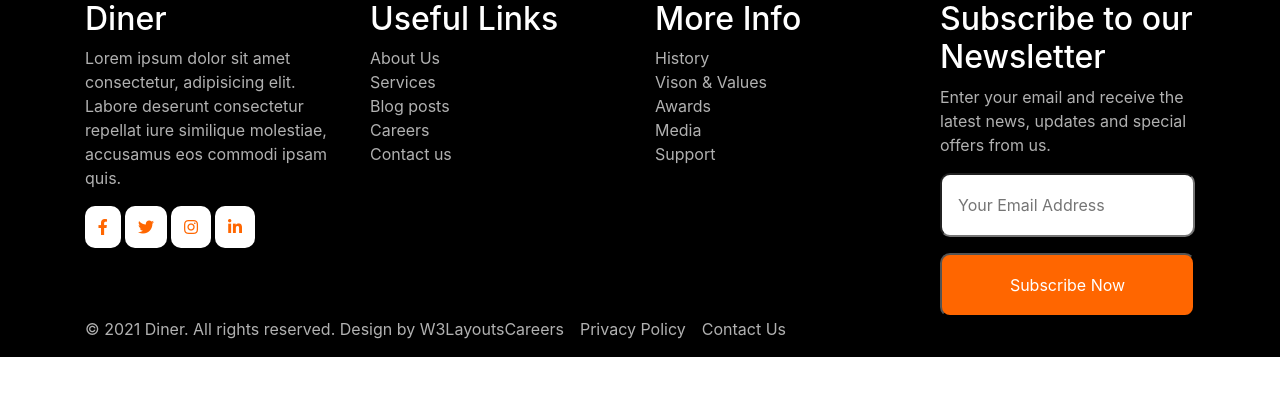
Repository: ngoctinvo/diner_project_cybersoft
Page: index.html
These files come from the project's save history. The page is drawn as it stood at one moment and after the next save; the edit follows.
The browser window is 1280 px wide. The pictures show the whole page.
Some web libraries are served in a nearby version. The style sheet was rebuilt from its Sass, Less or Tailwind sources for each picture, by a compiler version that may differ from the author's.

Above is the page before, as saved 2022-04-16 15:38:17.
Not found: js/index.js

### index.html
<!DOCTYPE html>
<html lang="en">

<head>
    <meta charset="UTF-8">
    <meta http-equiv="X-UA-Compatible" content="IE=edge">
    <meta name="viewport" content="width=device-width, initial-scale=1.0">
    <title>Document</title>
    <link rel="stylesheet" href="https://cdnjs.cloudflare.com/ajax/libs/font-awesome/6.1.1/css/all.min.css" />
    <link rel="stylesheet" href="https://cdnjs.cloudflare.com/ajax/libs/aos/2.3.4/aos.css" />
    <link rel="stylesheet" href="https://cdnjs.cloudflare.com/ajax/libs/animate.css/4.1.1/animate.min.css" />
    <link rel="stylesheet" href="https://cdnjs.cloudflare.com/ajax/libs/slick-carousel/1.8.1/slick.min.css" />
    <link rel="stylesheet" href="https://cdnjs.cloudflare.com/ajax/libs/slick-carousel/1.8.1/slick-theme.min.css" />
    <link rel="stylesheet" href="https://cdn.jsdelivr.net/npm/bootstrap@4.6.0/dist/css/bootstrap.min.css" />
    <link rel="stylesheet" href="https://cdnjs.cloudflare.com/ajax/libs/font-awesome/5.15.4/css/all.min.css" />
    <link rel="stylesheet" href="./css/index.css">
</head>

<body>
    <header></header>
    <footer class="footer">
        <div class="container">
            <div class="infor">
                <div class="row">
                    <div class="col-lg-3 col-md-6 col-sm-12">
                        <div class="item diner">
                            <h2>Diner</h2>
                            <p>Lorem ipsum dolor sit amet consectetur, adipisicing elit. Labore deserunt consectetur repellat iure similique molestiae, accusamus eos commodi ipsam quis.</p>
                            <div class="icon">
                                <i class="fab fa-facebook-f"></i>
                                <i class="fab fa-twitter"></i>
                                <i class="fab fa-instagram"></i>
                                <i class="fab fa-linkedin-in"></i>
                            </div>
                        </div>
                    </div>

                    <div class="col-lg-3 col-md-6 col-sm-12">
                        <div class="item userful-links">
                            <h2>Useful Links</h2>
                            <div class="list">
                                <a href="#">About Us</a>
                                <a href="#">Services</a>
                                <a href="#">Blog posts</a>
                                <a href="#">Careers</a>
                                <a href="#">Contact us</a>
                            </div>


                        </div>
                    </div>
                    <div class="col-lg-3 col-md-6 col-sm-12">
                        <div class="item more-info">
                            <h2>More Info</h2>
                            <div class="list">
                                <a href="#">History</a>
                                <a href="#">Vison & Values</a>
                                <a href="#">Awards</a>
                                <a href="#">Media</a>
                                <a href="#">Support</a>
                            </div>

                        </div>
                    </div>
                    <div class="col-lg-3 col-md-6 col-sm-12">
                        <div class="item subscribe">
                            <h2>Subscribe to our Newsletter</h2>
                            <p>Enter your email and receive the latest news, updates and special offers from us.</p>
                            <input type="text" placeholder="Your Email Address">
                            <button>Subscribe Now</button>
                        </div>
                    </div>
                </div>
            </div>
            <div class="copyright">
                <div class="right">
                    <p>&copy; 2021 Diner. All rights reserved. Design by W3Layouts</p>
                </div>
                <div class="nav">
                    <ul>
                        <li><a href="#">Careers</a></li>
                        <li><a href="#">Privacy Policy</a></li>
                        <li><a href="#">Contact Us</a></li>
                    </ul>
                </div>
            </div>
        </div>
    </footer>
    <script src="https://code.jquery.com/jquery-3.6.0.min.js"></script>
    <script src="https://cdnjs.cloudflare.com/ajax/libs/aos/2.3.4/aos.js"></script>
    <script type="text/javascript" src="//cdn.jsdelivr.net/npm/slick-carousel@1.8.1/slick/slick.min.js"></script>
    <script src="https://cdnjs.cloudflare.com/ajax/libs/popper.js/1.14.7/umd/popper.min.js"></script>
    <script src="https://stackpath.bootstrapcdn.com/bootstrap/4.3.1/js/bootstrap.min.js"></script>
    <script src="./js/index.js"></script>
</body>

</html>

### sass/index.scss
* {
    margin: 0;
    padding: 0;
    box-sizing: border-box;
}

.footer {
    background-color: black;
    color: rgb(177, 177, 177);
    a {
        color: rgb(177, 177, 177);
    }
    a:hover {
        color: #ff6600;
        text-decoration: none;
    }
    .infor {
        h2 {
            color: white;
        }
        .icon i {
            padding: 0.8rem;
            color: #ff6600;
            border-radius: 10px;
            background-color: white;
            font-size: 1rem;
        }
        .list {
            display: flex;
            flex-direction: column;
        }
        .subscribe input {
            width: 100%;
            height: 4rem;
            border-radius: 10px;
            margin-bottom: 1rem;
            padding-left: 1rem;
        }
        .subscribe button {
            width: 100%;
            height: 4rem;
            border-radius: 10px;
            background-color: #ff6600;
            color: white;
        }
    }
    .copyright {
        display: flex;
        flex-direction: row;
        flex-wrap: wrap;
    }
    .copyright .nav ul {
        display: flex;
        flex-direction: row;
        li {
            margin-right: 1rem;
            list-style-type: none;
        }
    }
}


/*# sourceMappingURL=index.css.map */

After the next save:
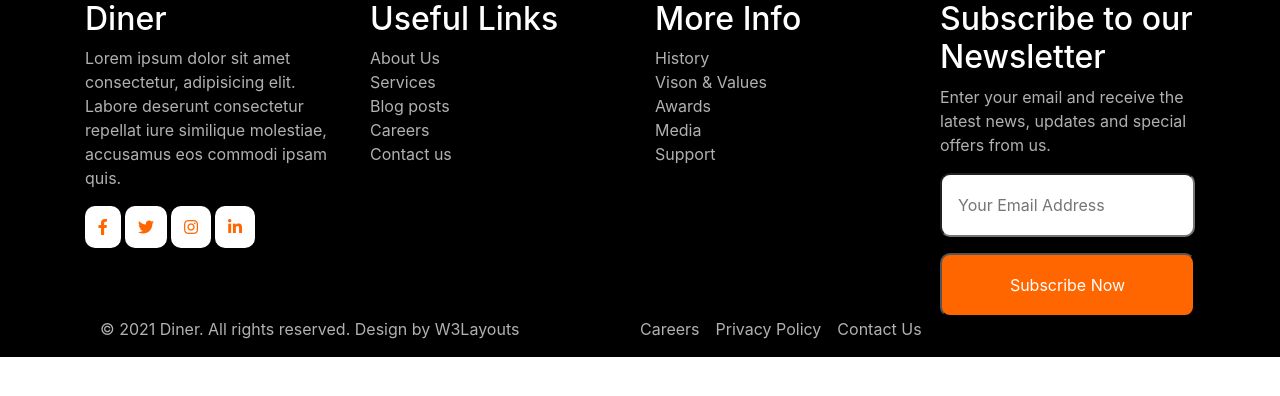
Saved 32 s later.
--- a/index.html
+++ b/index.html
@@ -73,10 +73,10 @@
                 </div>
             </div>
             <div class="copyright">
-                <div class="right">
+                <div class="right col-lg-6 col-md-12">
                     <p>&copy; 2021 Diner. All rights reserved. Design by W3Layouts</p>
                 </div>
-                <div class="nav">
+                <div class="nav col-lg-6 col-md-12">
                     <ul>
                         <li><a href="#">Careers</a></li>
                         <li><a href="#">Privacy Policy</a></li>
